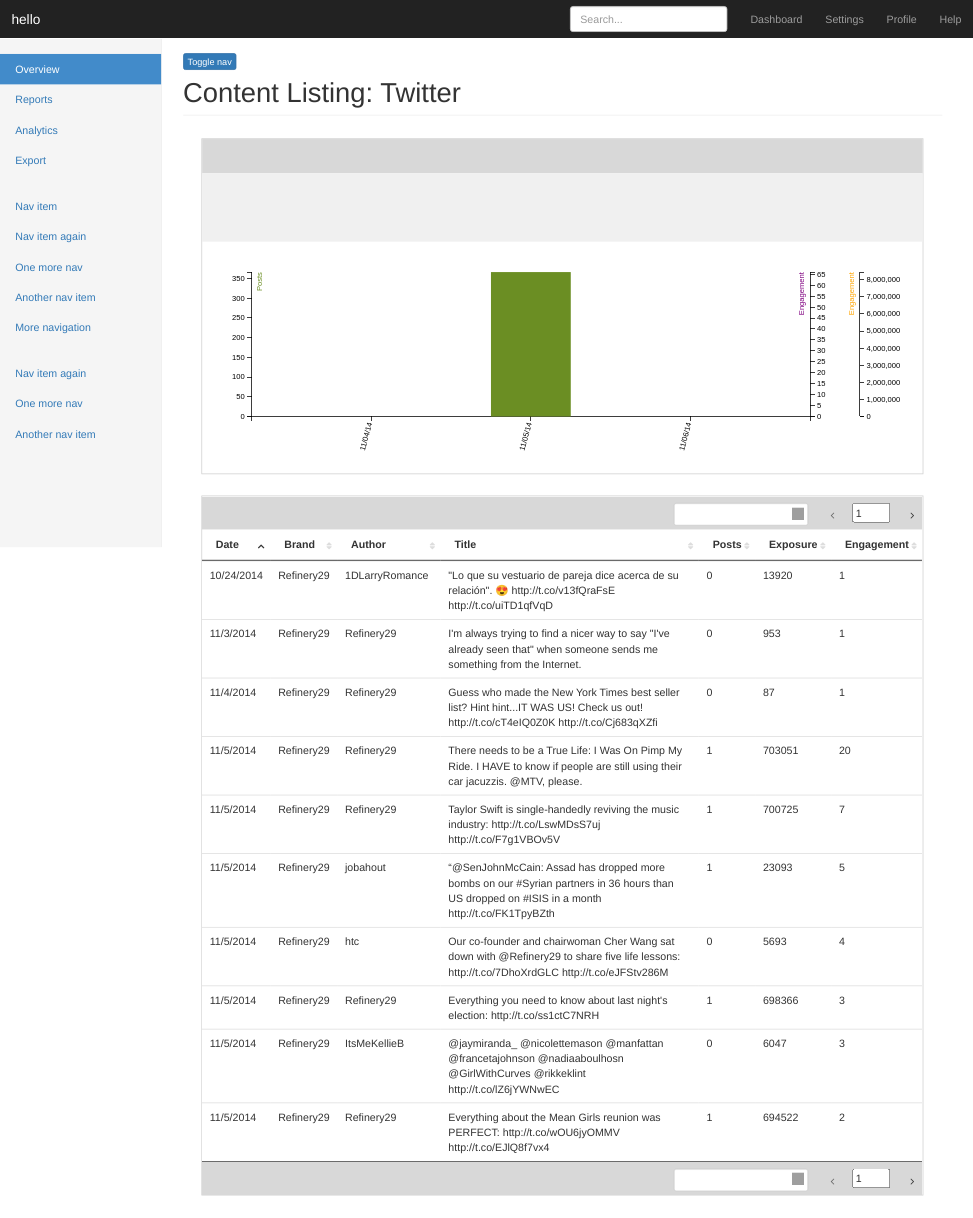
Repository: sadam0930/dashboard-example
Page: mclient/index.html
The author's editor kept a record of every edit. The page is drawn from the files as they stood at one moment, then again after the next edit.
The browser window is 1280 px wide. The pictures show the whole page, at 76% of full size.
Pictures or frames that could not be fetched are drawn as grey boxes.

Above is the page before.

After the next edit:
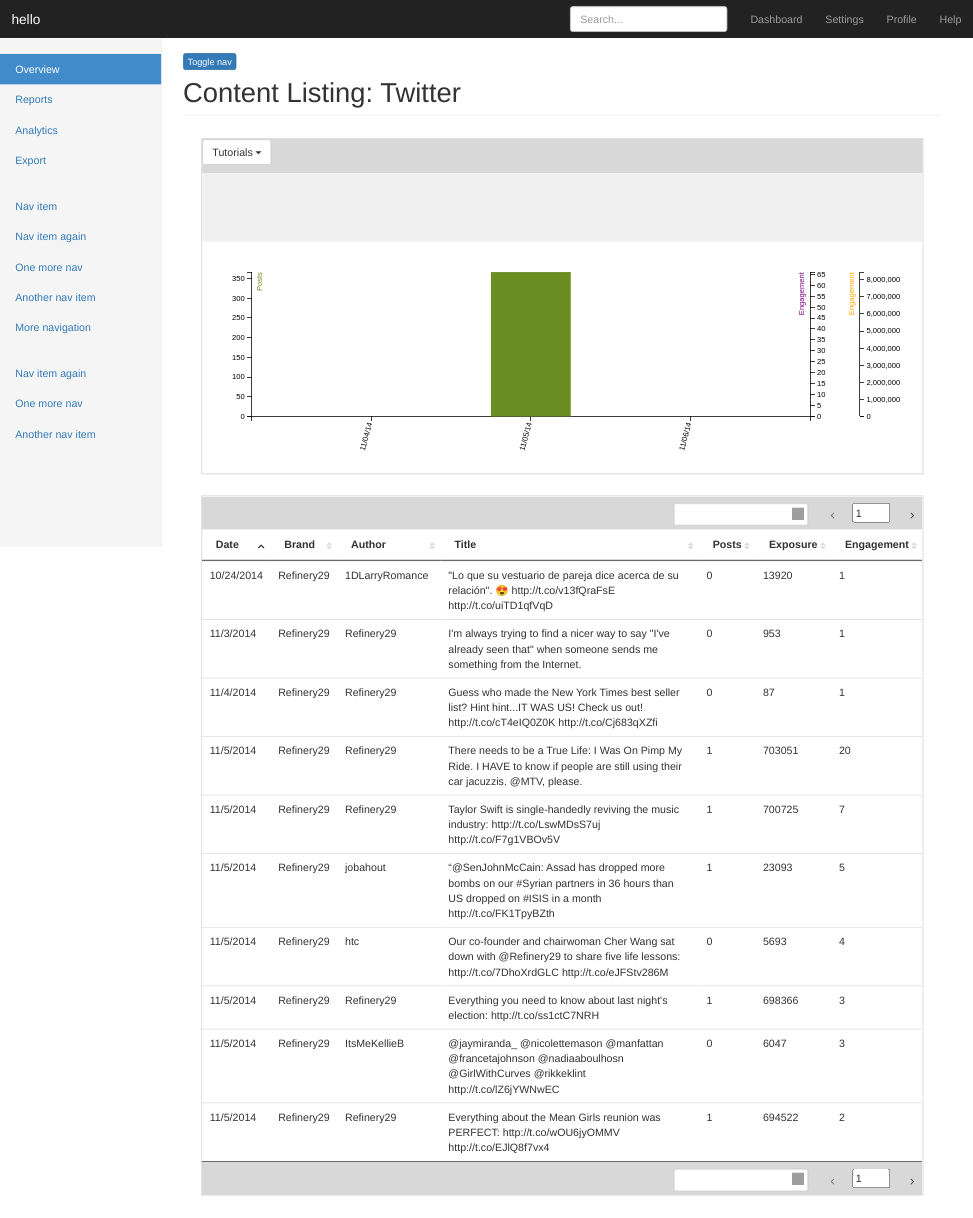
The edit:
--- a/mclient/index.html
+++ b/mclient/index.html
@@ -72,7 +72,20 @@
             <ul>
                <li data-row="1" data-col="1" data-sizex="1" data-sizey="1">
                   <div class="widget" id="chart-1">
-                    <div class="top" style="height:45px"></div>
+                    <div class="top" style="height:45px">
+                    <div class="">
+                      <div class="dropdown">
+        <button class="btn btn-default dropdown-toggle" type="button" id="menu1" data-toggle="dropdown">Tutorials
+        <span class="caret"></span></button>
+        <ul class="dropdown-menu" role="menu" aria-labelledby="menu1">
+          <li role="presentation"><a role="menuitem" tabindex="-1" href="#">HTML</a></li>
+          <li role="presentation"><a role="menuitem" tabindex="-1" href="#">CSS</a></li>
+          <li role="presentation"><a role="menuitem" tabindex="-1" href="#">JavaScript</a></li>
+          <li role="presentation" class="divider"></li>
+          <li role="presentation"><a role="menuitem" tabindex="-1" href="#">About Us</a></li>
+        </ul>
+      </div></div>
+                    </div>
                     <div class="info"></div>
                   </div>
                </li>
